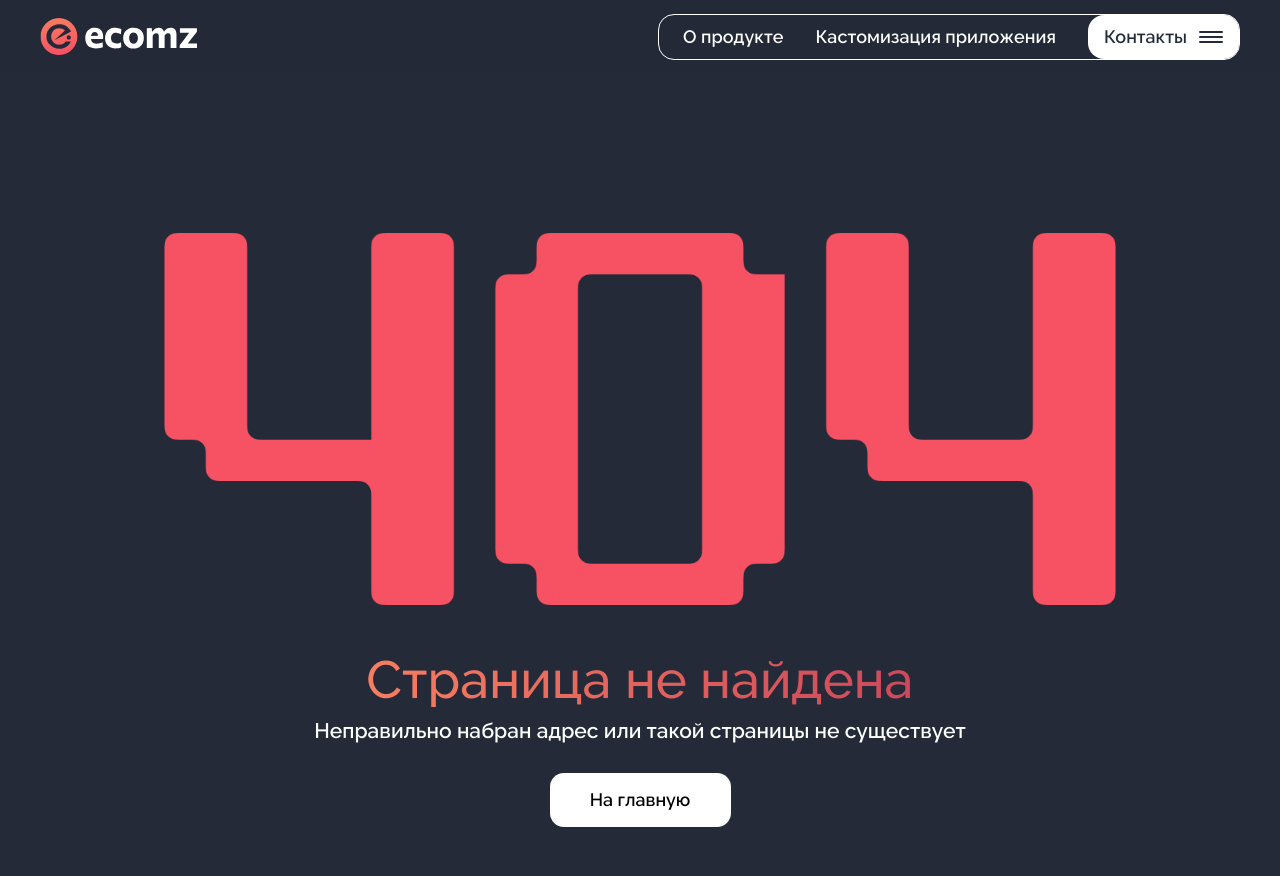
Repository: Dencelot/ecomz
Page: /
An editor plug-in stored every save of this project. The page is shown before and after a run of saves, followed by the edit.
The browser window is 1280 px wide. The pictures show the whole page.
The project was rebuilt for these pictures with package versions that can differ from the ones it lists, and the page was loaded fresh each time. The framework's server and built-in components were replaced by stand-ins that run in the browser. Also part of the build but not shown: next.config.mjs, app/data/data.ts.

Above is the page before, as saved 2024-05-08 11:26:26.

### app/layout.tsx
import type { Metadata } from "next";
import { Inter } from "next/font/google";
import "./globals.scss";
import Header from "./components/Layout/Header";
import localFont from "next/font/local"

const inter = Inter({ subsets: ["latin"] });

export const metadata: Metadata = {
  title: "Create Next App",
  description: "Generated by create next app",
};
const rising = localFont({
	variable: "--font-family",
	src: [
		{
			path: "./fonts/rising/RisingSun-Light.ttf",
			weight: "300",
			style: "normal",
		},
		{
			path: "./fonts/rising/RisingSun-Regular.ttf",
			weight: "400",
			style: "normal",
		},
		{
			path: "./fonts/rising/RisingSun-Medium.ttf",
			weight: "500",
			style: "normal",
		},
		{
			path: "./fonts/rising/RisingSun-SemiBold.ttf",
			weight: "600",
			style: "normal",
		},

		{
			path: "./fonts/rising/RisingSun-Bold.ttf",
			weight: "700",
			style: "normal",
		},
	],
	display: "swap",
})
export default function RootLayout({
  children,
}: Readonly<{
  children: React.ReactNode;
}>) {
  return (
    <html lang="en">
      <body className={`${rising.variable}`}>
        <Header/>
        {children}
      </body>
    </html>
  );
}

### app/[...404]/page.tsx
import Image from 'next/image'
import Link from 'next/link'
import { page404 } from '../data/404'

const Page = () => {
  return (
    <main className='flex-auto w-full minH pt-[120px] md:pt-[160px] h-svh md:h-auto pb-14'>
      <div className='container flex flex-col items-center h-full'>
        <Image
          src={'/img/404.png'}
          alt='404'
          width={1566}
          height={486}
          className='mb-14 w-[232px] h-[72px] md:w-auto md:h-auto'
        />
        <div className='flex flex-col items-center flex-auto'>
          <h1 className='text-3xl md:text-6xl mb-3 bg-gradient-to-r from-[#f77e61]  to-[#f75064cc] inline-block text-transparent bg-clip-text text-center'>
            {page404.title}
          </h1>
          <p className='text-2xl text-white font-medium text-center text-balance'>
            {page404.text}
          </p>
        </div>
        <Link
          className='bg-white rounded-2xl py-4 px-10 mt-8 w-full text-center md:max-w-[181px]'
          href={'/'}
        >
          {page404.linkText}
        </Link>
      </div>
    </main>
  )
}

export default Page

### app/globals.scss
@tailwind base;
@tailwind components;
@tailwind utilities;

:root {
	--bazalt-100: #242a38;
	--white-100: #fff;
	--sunrise-100: #f77b61;
	--sunset-100: #f75164;
	--neon-100: #5f77f7;
	--black-90: #384258;
	--black-80: #4d5a78;
	--black-70: #617297;
	--black-60: #808dad;
	--black-50: #a0aac2;
	--black-40: #bfc6d6;
	--black-30: #dfe3eb;
	--black-20: #e3e6ed;
	--black-10: #e7eaf0;
	--black-09: rgba(36, 42, 56, 0.9);
	--black-08: rgba(36, 42, 56, 0.8);
	--black-07: rgba(36, 42, 56, 0.7);
	--black-06: rgba(36, 42, 56, 0.6);
	--black-05: rgba(36, 42, 56, 0.5);
	--black-04: rgba(36, 42, 56, 0.4);
	--black-03: rgba(36, 42, 56, 0.3);
	--black-02: rgba(36, 42, 56, 0.2);
	--black-01: rgba(36, 42, 56, 0.1);
	--sunrise-90: #f88b75;
	--sunrise-80: #f99c88;
	--sunrise-70: #faad9c;
	--sunrise-60: #fbbdb0;
	--sunrise-50: #fccdc4;
	--sunrise-40: #fdded8;
	--sunrise-30: #feefeb;
	--sunrise-20: #fef1ed;
	--sunrise-10: #fef3f0;
	--sunrise-08: rgba(247, 123, 97, 0.8);
	--sunrise-0: rgba(247, 123, 97, 0.7);
	--sunrise-0: rgba(247, 123, 97, 0.9);
	--sunrise-0: rgba(247, 123, 97, 0.6);
	--sunrise-0: rgba(247, 123, 97, 0.5);
	--sunrise-0: rgba(247, 123, 97, 0.4);
	--sunrise-0: rgba(247, 123, 97, 0.3);
	--sunrise-02: rgba(247, 123, 97, 0.2);
	--sunrise-01: rgba(247, 123, 97, 0.1);
	--sunrise-005: rgba(247, 123, 97, 0);
	--sunset-09: rgba(247, 81, 100, 0.9);
	--sunset-08: rgba(247, 81, 100, 0.8);
	--sunset-07: rgba(247, 81, 100, 0.7);
	--sunset-06: rgba(247, 81, 100, 0.6);
	--sunset-05: rgba(247, 81, 100, 0.5);
	--sunset-04: rgba(247, 81, 100, 0.4);
	--sunset-03: rgba(247, 81, 100, 0.3);
	--sunset-02: rgba(247, 81, 100, 0.2);
	--sunset-01: rgba(247, 81, 100, 0.1);
	--neon-09: rgba(95, 119, 247, 0.9);
	--neon-08: rgba(95, 119, 247, 0.8);
	--neon-07: rgba(95, 119, 247, 0.7);
	--neon-06: rgba(95, 119, 247, 0.6);
	--neon-05: rgba(95, 119, 247, 0.5);
	--neon-04: rgba(95, 119, 247, 0.4);
	--neon-03: rgba(95, 119, 247, 0.3);
	--neon-02: rgba(95, 119, 247, 0.2);
	--neon-01: rgba(95, 119, 247, 0.1);
	--white-09: rgba(255, 255, 255, 0.9);
	--white-08: rgba(255, 255, 255, 0.8);
	--white-07: rgba(255, 255, 255, 0.7);
	--white-06: rgba(255, 255, 255, 0.6);
	--white-05: rgba(255, 255, 255, 0.5);
	--white-04: rgba(255, 255, 255, 0.4);
	--white-03: rgba(255, 255, 255, 0.3);
	--white-02: rgba(255, 255, 255, 0.2);
	--white-01: rgba(255, 255, 255, 0.1);
	--background-black: #242a38;
	--background-bg-sunrise: #f1fdfb;
	--background-bg-mint-09: rgba(241, 253, 251, 0.9);
	--background-bg-lavanda: #fff8f9;
	--font-family: "Rising Sun", sans-serif;
	--second-family: "Montserrat", sans-serif;
	--third-family: "Arial", sans-serif;
	--font3: "Manrope", sans-serif;
	--font4: "SF Pro Text", sans-serif;
	--font5: "Inter", sans-serif;
	--font6: "Ubuntu", sans-serif;
	--font7: "Gilroy", sans-serif;
	--font8: "SF Pro", sans-serif;
}



*{
  padding: 0;
  margin: 0;
  border: 0;

}
*,*:before,*:after{
  -moz-box-sizing: border-box;
  -webkit-box-sizing: border-box;
  box-sizing: border-box;
}

:focus,:active{outline: none;}
a:focus,a:active{outline: none;}


nav,footer,header,aside{display: block;}
html{
  height: 100%;
  background-color: var(--background-black);
  overflow-x: hidden;
}
html,body{
  width: 100%;
  font-size: 100%;
  line-height: 1;
  font-size: 14px;
  -ms-text-size-adjust: 100%;
  -moz-text-size-adjust: 100%;
  -webkit-text-size-adjust: 100%;
}
body{
  min-height: 100%;
  display: flex;
  flex-direction: column;
  align-items: center;
  justify-content: start;
  font-weight: 500;
font-size: 18px;
line-height: 144%;
font-family: var(--font-family);

}

input,button,textarea{font-family: inherit; }



input::-ms-clear{display: none;}
button{cursor: pointer;
  padding: 0;
  border: none;
  font: inherit;
  color: inherit;
  background-color: transparent;}
button::-moz-focus-inner {padding:0;border:0;}
a, a:visited{text-decoration: none;}
a:hover{text-decoration: none;}
ul li{list-style: none;}
img{vertical-align: top;}

h1,h2,h3,h4,h5,h6{font-size: inherit;font-weight: 400;}

._ibg {
  background-position: center;
  background-size: cover;
  background-repeat: no-repeat;
  position: relative;
}

._ibg img {
position: absolute;
top: 0;
left: 0;
width: 100%;
}

img{
  object-fit: cover;
}
.img{
	width: 100%;
  	height: auto;
}

.container{
  width: 100%;
  max-width: 1680px;
  padding-left:16px ;
  padding-right:16px ;
  margin: 0 auto;
  @media (min-width:768px) {
    padding-left:40px ;
    padding-right:40px ;
  }
}

.topTitle{
	font-family: var(--font-family);
	font-weight: 500;
	font-size: 105px;
	line-height: 99%;
	max-width: 300px;

	letter-spacing: -0.02em;
	@media (max-width:1599px) {
		font-size: 6vw;

	}
	@media (max-width:1399px) {
		font-size: 64px;
		max-width: 200px;
	}
	@media (max-width:1100px) {
		font-size: 54px;
	}
	@media (max-width:459px) {
		font-size: 47px;

	}
	@media (max-width:359px) {
		font-size: 44px;

	}
}
.topSubTitle{
	font-weight: 500;
	font-size: 32px;
	line-height: 131%;
	letter-spacing: -0.02em;
	margin-top: 20px;
	margin-left: 40px;
	@media (max-width:1599px) {
		font-size: 2vw;
		margin-left: 30px;

	}
	@media (max-width:1399px) {
		font-size: 26px;
		margin-left: 0px;
		margin-top: 40px;

	}
	@media (max-width:1100px) {
		font-size: 20px;
		margin-top: 24px;

	}
	@media (max-width:459px) {
		font-size: 16px;

	}
}

.minH{
	min-height: 870px;
	@media (max-width:1399px) {
		min-height: 700px;
	}
	@media (max-width:968px) {
		min-height: 600px;
	}
	@media (max-width:767px) {
		min-height: 500px;
	}
}

.art{
	border-bottom: 1px solid var(--white-01);
	border-right: 1px solid var(--white-01);
	border-radius: 30px;
	backdrop-filter: blur(2px);
	background: linear-gradient(120deg, rgba(36, 42, 56, 0.5) 0%, rgba(36, 42, 56, 0.5) 100%);
}

.truncateP{
	margin: 0;
    -webkit-line-clamp: 3;
    display: -webkit-box;
    -webkit-box-orient: vertical;
    overflow: hidden;
}

### app/components/Layout/Header.tsx
import Image from 'next/image'
import Link from 'next/link'
import MenuCnt from './menuheader/MenuCnt'
const Header = () => {
  return (
    <header className='z-[9999] w-full md:sticky top-0 left-0 fixed  bg-[var(--black-07)] md:overflow-hidden'>
      <div className='absolute top-0 left-0 right-0 bottom-0 z-[1]'>

      </div>
      <div className='container h-[80px] md:h-[73px] pt-[24px] pb-[24px] flex items-center justify-between '>
        <Link href="/">
          <Image alt='Ecomz' className='md:h-[37px] h-[32px] md:w-[157px] w-[136px]'  width={157} height={37} src={'/img/ecomz_logo.svg'}/>
        </Link>

        <MenuCnt/>
      </div>
    </header>
  )
}

export default Header

### app/data/404.ts
export const page404 = {
  title: 'Страница не найдена',
  text: 'Неправильно набран адрес или такой страницы не существует',
  linkText: 'На главную',
}

### app/components/Layout/menuheader/MenuCnt.tsx
'use client'
import React, { useState } from 'react'
import Menu from './Menu'
import BurgerMob from './BurgerMob'

const MenuCnt = () => {
   const [active,setActive]= useState(false)
   const handleClick = () =>{
      setActive(!active)
   }
  return (
      <>
      <Menu active={active}/>
      <BurgerMob handleClick={handleClick} active={active}/>
      </>
  )
}

export default MenuCnt

### app/components/Layout/menuheader/Menu.tsx
'use client'
import React from 'react'
import Link from 'next/link'
import { data } from '@/app/data/data'
import ContactsLink from './ContactsLink'
const Menu = ({active}:{active:boolean}) => {
   return (
      <nav className={`${active?'translate-x-0':' md:translate-x-0 translate-x-full'} transition-transform md:bg-inherit bg-[var(--black-07)] md:h-auto h-screen md:relative absolute top-full right-0 md:top-auto`}>
         <ul className=' md:p-0 p-[20px]  items-end md:flex-row flex-col flex md:items-center md:h-[46px] md:rounded-[16px] md:overflow-hidden md:border-solid md:border-[1px] md:border-white'>
            <li className='md:pl-[24px]'>
               <Link className='transition-colors hover:text-[var(--white-06)] text-[var(--white-100)]' href={''}>{data.header.hash}</Link>
            </li>
            <li className='md:px-[32px]'>
               <Link className='text-[var(--white-100)] hover:text-[var(--white-06)] transition-colors' href={''}>{data.header.link}</Link>
            </li>
            <ContactsLink/>
         </ul>
      </nav>
   )
}

export default Menu

### app/components/Layout/menuheader/BurgerMob.tsx
'use client'
import React, { useState } from 'react'
import Burger from './Burger'

const BurgerMob = ({active,handleClick}:{active:boolean,handleClick:any}) => {

  return (
    <button onClick={handleClick} className='md:hidden'>
      <Burger active={active} mob={true}/>
    </button>
  )
}

export default BurgerMob

### app/components/Layout/menuheader/ContactsLink.tsx
'use client'
import React, { useState } from 'react'
import Link from 'next/link'
import { data } from '@/app/data/data'
import Burger from './Burger'

const ContactsLink = () => {
   const [active,setActive]=useState(false)
   const handleClick = () =>{
      setActive(!active)
   }
  return (
   <li className='h-full'>
      <button onClick={handleClick} className='flex items-center justify-center h-full md:px-[16px] md:text-[var(--bazalt-100)] md:hover:bg-[var(--sunrise-40)] text-[var(--white-100)] md:bg-[var(--white-100)] rounded-tl-[16px] rounded-bl-[16px] transition-colors'>
         <span className='md:mr-[12px]'>
            {data.header.popup}
         </span>
         <span className='md:block hidden'>
         <Burger active={active}/>
         </span>
      </button>

   </li>
  )
}

export default ContactsLink

### app/components/Layout/menuheader/Burger.tsx
import React from 'react'

const Burger = ({active,mob}:{mob?:boolean,active:boolean}) => {
   return (
      <span className='flex items-center justify-between flex-col w-[24px] h-[12px]'>
         <span className={`${active&&'rotate-45 translate-y-[6px]'} transition-transform h-[2px] w-full rounded-[16px] ${mob?'bg-[var(--white-100)]':'bg-[var(--bazalt-100)]'}`}>

         </span>
         <span className={`${active&&'opacity-0'} transition-opacity h-[2px] w-full rounded-[16px] ${mob?'bg-[var(--white-100)]':'bg-[var(--bazalt-100)]'}`}>

         </span>
         <span className={`${active&&'-rotate-45 translate-y-[-4px]'} transition-transform h-[2px] w-full rounded-[16px] ${mob?'bg-[var(--white-100)]':'bg-[var(--bazalt-100)]'}`}>

         </span>
      </span>
   )
}

export default Burger

### tailwind.config.ts
import type { Config } from "tailwindcss";

const config: Config = {
  content: [
    "./pages/**/*.{js,ts,jsx,tsx,mdx}",
    "./components/**/*.{js,ts,jsx,tsx,mdx}",
    "./app/**/*.{js,ts,jsx,tsx,mdx}",
  ],
  theme: {
    extend: {
      backgroundImage: {
        "gradient-radial": "radial-gradient(var(--tw-gradient-stops))",
        "gradient-conic":
          "conic-gradient(from 180deg at 50% 50%, var(--tw-gradient-stops))",
      },
      screens: {
        'xxs': '360px',
        'xs': '480px',
        'sm': '768px',

        'md': '968px',

        'lg': '1200px',

        'xl': '1400px',

        '2xl': '1600px',
      }
    },
  },
  plugins: [],
};
export default config;

After the next 2 saves:
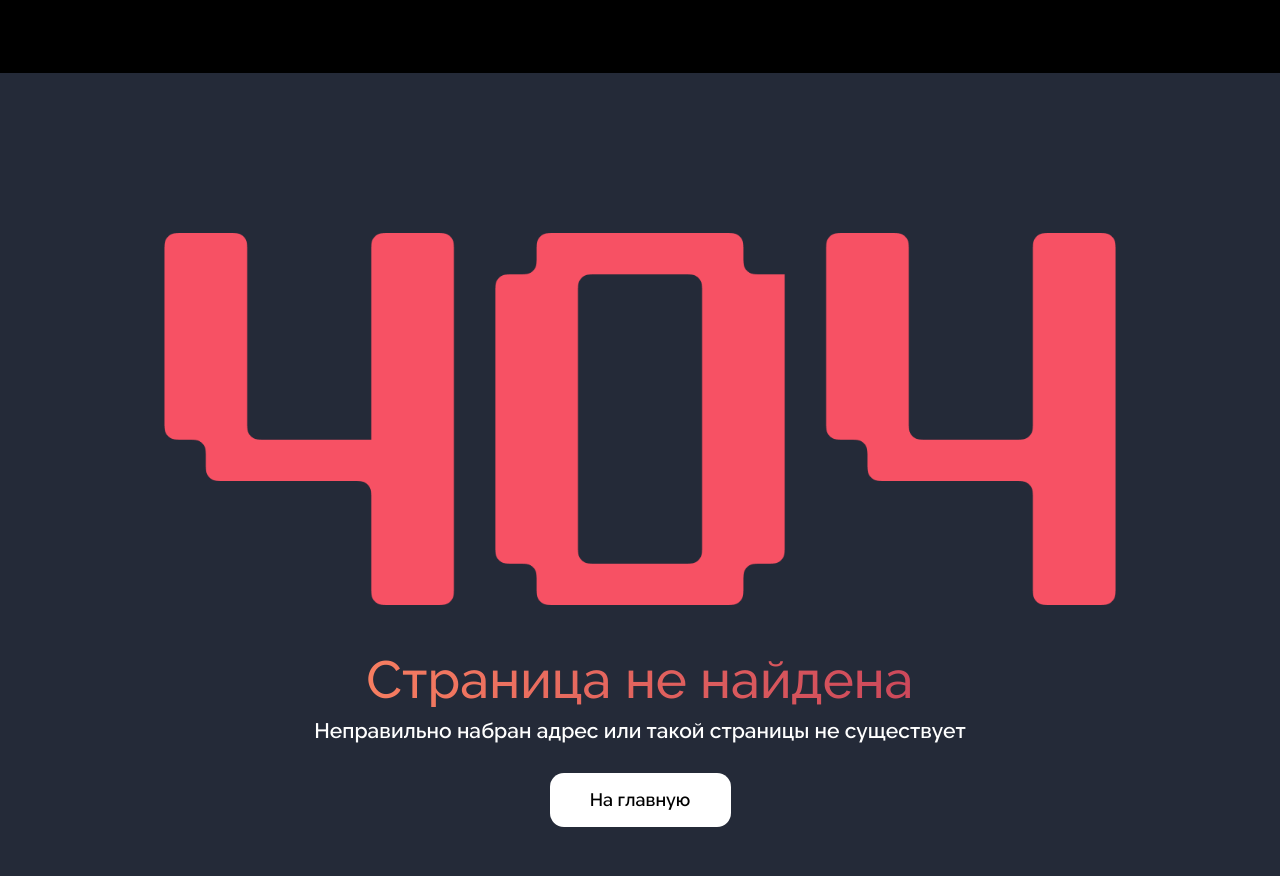
The 2 saves are shown as one change because they came seconds apart.
The last was saved 5 s later.
--- a/app/components/Layout/Header.tsx
+++ b/app/components/Layout/Header.tsx
@@ -4,7 +4,7 @@
 const Header = () => {
   return (
     <header className='z-[9999] w-full md:sticky top-0 left-0 fixed  bg-[var(--black-07)] md:overflow-hidden'>
-      <div className='absolute top-0 left-0 right-0 bottom-0 z-[1]'>
+      <div className='absolute top-0 left-0 right-0 bottom-0 z-[1] bg-black'>
 
       </div>
       <div className='container h-[80px] md:h-[73px] pt-[24px] pb-[24px] flex items-center justify-between '>
